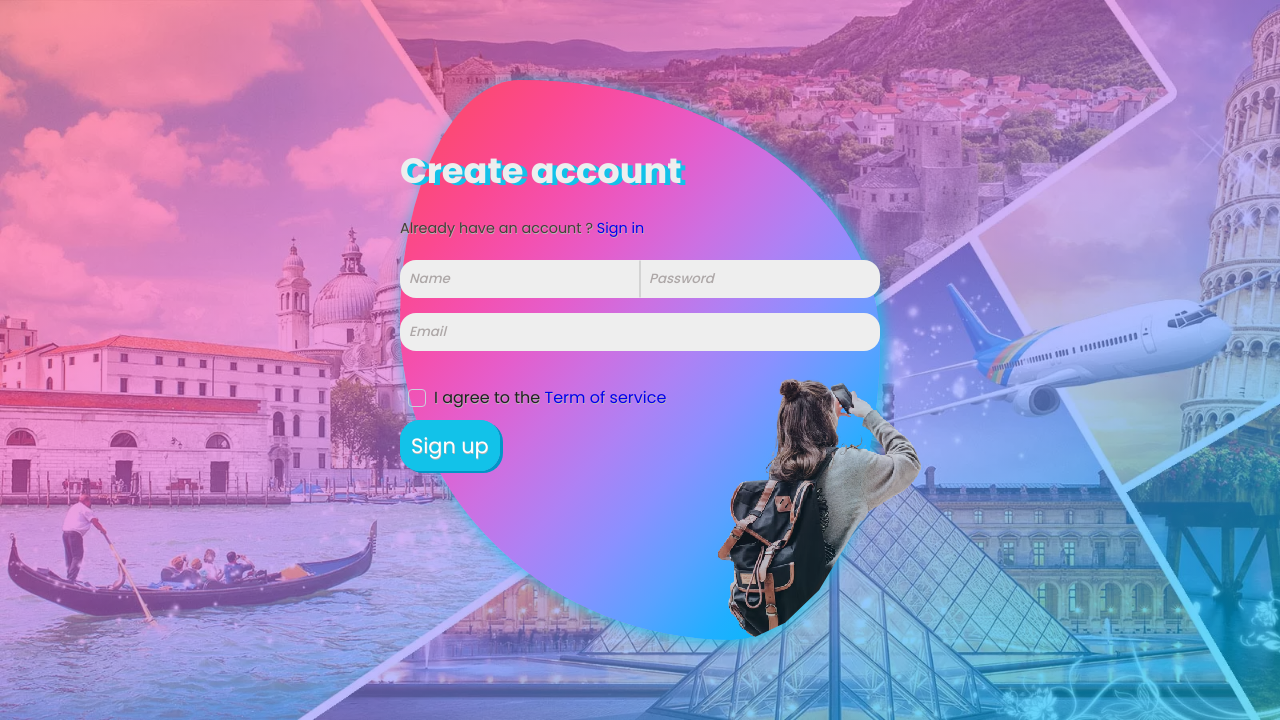
Repository: Yuukicoder/Techfest1
Page: signup.html
These files come from the project's save history. The page is drawn as it stood at one moment and after the next save; the edit follows.
The browser window is 1280 px wide. The pictures show the whole page.
Some web fonts or font styles are not loaded; a fallback is used.

Above is the page before, as saved 2022-11-05 21:51:57.

### signup.html
<!DOCTYPE html>
<html lang="en">
  <head>
    <meta charset="UTF-8" />
    <meta http-equiv="X-UA-Compatible" content="IE=edge" />
    <meta name="viewport" content="width=device-width, initial-scale=1.0" />
    <link rel="stylesheet" href="signup.css" />
    <title>Signup</title>
  </head>
  <body>
    <div id="scroll-progress"></div>
    <div class="box">
      <div class="signup">
        <!-- ======================================HEADING=============================================================== -->
        <div class="signup__heading">Create account</div>

        <!-- ======================================SIGNIN=============================================================== -->

        <p class="signup__already">
          Already have an account ? <a href="#" class="signup__link">Sign in</a>
        </p>
        <!-- =======================================NAME+PASSWORD============================================================== -->

        <form action="#" class="signup__form">
          <div class="form__group form__group--2">
            <input type="text" class="form__input" placeholder="Name" />
            <input type="text" class="form__input" placeholder="Password" />
          </div>
          <!-- =======================================EMAIL============================================================== -->

          <div class="form__group">
            <input type="text" class="form__input" placeholder="Email" />
          </div>
          <!-- ======================================SVG CHECKBOX=============================================================== -->

          <svg class="checkbox-symbol">
            <symbol id="check" viewbox="0 0 12 10">
              <polyline
                points="1.5 6 4.5 9 10.5 1"
                stroke-linecap="round"
                stroke-linejoin="round"
                stroke-width="2"
              ></polyline>
            </symbol>
          </svg>

          <div class="checkbox-container">
            <input class="checkbox-input" id="apples" type="checkbox" />
            <label class="checkbox" for="apples">
              <span>
                <svg width="12px" height="10px">
                  <use xlink:href="#check"></use>
                </svg>
              </span>
              <span>
                I agree to the
                <a href="#" class="signup__link">Term of service</a>
              </span>
            </label>
          </div>
          <!-- ======================================BUTTON SIGNUP=============================================================== -->

          <div class="form__group">
            <div class="button-border">
              <form action="index.html">
                <a href="index.html" class="button"><span> Sign up </span></a>
              </form>
            </div>
          </div>
        </form>
      </div>
      <!-- ===========================================IMAGE========================================================== -->

      <img src="Image/signup2.png" alt="anh1" />
      <!-- ===================================================================================================== -->
    </div>
    <script src="app.js"></script>
  </body>
</html>

### signup.css
@import url("https://fonts.googleapis.com/css2?family=Caveat:wght@400;600&family=Hurricane&family=Poppins:wght@100;200;300;400;500;600;700;800;900&family=Satisfy&display=swap");
* {
  margin: 0;
  box-sizing: border-box;
  /* border: 1px solid black; */
  font-family: "Poppins", sans-serif;
}
:root {
  --text-color: #463f3a;
  --link-color: #0000ee;
  --shadow-color: #12c2e9;
}
/* =================================BODY======================================================== */

body {
  background-image: linear-gradient(
      to left top,
      rgba(18, 194, 233, 0.6),
      rgba(0, 186, 247, 0.6),
      rgba(32, 175, 255, 0.6),
      rgba(91, 161, 255, 0.6),
      rgba(138, 144, 255, 0.6),
      rgba(174, 129, 244, 0.6),
      rgba(204, 112, 226, 0.6),
      rgba(229, 93, 203, 0.6),
      rgba(244, 80, 175, 0.6),
      rgba(251, 73, 145, 0.6),
      rgba(252, 73, 117, 0.6),
      rgba(246, 79, 89, 0.6)
    ),
    url("./Image/signup1.webp");
  object-position: center;
  object-fit: cover;
  background-size: cover;
  background-repeat: no-repeat;
  width: 100vw;
  height: 100vh;
  display: flex;
  align-items: center;
  justify-content: center;
}
#scroll-progress {
  position: fixed;
  top: 0;
  width: 0%;
  height: 4px;
  background: #7983ff;
  z-index: 10000;
}
body::-webkit-scrollbar {
  display: none;
}
/* =================================IMAGE======================================================== */
img {
  image-rendering: pixelated;
  height: 65%;
  /* transform: translate(300px,199px); */
  transform: translate(184px, 99px);
  opacity: 0.9;
  clip-path: polygon(
    100% 0,
    100% 61%,
    65% 67%,
    48% 86%,
    34% 95%,
    18% 100%,
    0 100%,
    0 0,
    47% 0,
    80% 0
  );
}
/* ==================================BOX======================================================= */

.box {
  background-image: linear-gradient(
    to left top,
    #12c2e9,
    #00baf7,
    #20afff,
    #5ba1ff,
    #8a90ff,
    #ae81f4,
    #cc70e2,
    #e55dcb,
    #f450af,
    #fb4991,
    #fc4975,
    #f64f59
  );
  border-radius: 25% 75% 31% 69% / 43% 47% 53% 57%;
  height: 35rem;
  width: 30rem;
  box-shadow: 3px 2px 1rem var(--shadow-color);
  display: flex;
  align-items: center;
  justify-content: center;
  position: relative;
}
/* ===========================HEADING+SIGNUP+SIGNIN--LINK+CHECKBOX--LINK============================================================== */

.signup__heading {
  font-size: 2.2rem;
  font-weight: bold;
  margin-bottom: 1.3rem;
  color: #eee;
  cursor: context-menu;
  text-shadow: 5px 2px var(--shadow-color);
}
.signup {
  position: absolute;
  top: 0;
  padding-top: 4rem;
  cursor: context-menu;
  text-shadow: 0.5px 0.5px rgb(185, 183, 183);
}
.signup__already {
  margin-bottom: 1.3rem;
  color: var(--text-color);
  font-size: 0.9rem;
}
.signup__link {
  text-decoration: none;
  background-image: linear-gradient(var(--link-color), var(--link-color));
  background-size: 0% 0.1em;
  background-position-y: 100%;
  background-position-x: 100%;
  background-repeat: no-repeat;
  transition: background-size 0.2s ease-in-out;
}
.signup__link:hover,
.signup__link:focus,
.signup__link:active {
  background-size: 100% 0.1em;
  background-position-x: 0%;
}
/* ================================NAME+PASSWORD+EMAIL========================================================= */

.form__group {
  margin-bottom: 15px;
}
.form__group--2 {
  display: flex;
  justify-content: space-between;
}
.form__input {
  font-family: "Poppins", sans-serif;
  padding: 0.5rem;
  border-radius: 1rem;
  outline: none;
  font-weight: 500;
  background-color: #eee;
  border: 1px solid transparent;
  transition: 0.2s linear;
  width: 100%;
}
.form__group--2 > .form__input:first-child {
  border-right-color: #d3d3d3;
}
.form__group--2 > .form__input:last-child {
  border-left-color: #d3d3d3;
}

.form__input:focus {
  border: none;
  background-color: white;
}

.form__group--2 > .form__input:last-child {
  border-top-left-radius: 0;
  border-bottom-left-radius: 0;
}
.form__group--2 > .form__input:first-child {
  border-top-right-radius: 0;
  border-bottom-right-radius: 0;
}
.form__input::-webkit-input-placeholder {
  color: rgb(173, 167, 167);
  font-style: italic;
}
/* =====================================BUTTON==================================================== */

.button {
  background-color: transparent;
  border: none;
  font-size: 1.3rem;
  color: #ffffff;
  outline: none;
  padding: 10px;
  width: 200px;
  position: relative;
  border-radius: 20px;
  background-color: var(--shadow-color);
  transition: 0.5s;
  box-shadow: 3px 2px rgb(1, 150, 199);
  border: 1px solid var(--shadow-color);
}

.button:hover {
  background-color: #0077ff;
  border-right: 1px solid white;
}

.button span {
  cursor: pointer;
  display: inline-block;
  position: relative;
  transition: 0.5s;
}

.button span:after {
  content: "\00bb";
  position: absolute;
  opacity: 0;
  top: 0;
  right: -20px;
  transition: 0.5s;
}

.button:hover span {
  padding-right: 25px;
}

.button:hover span:after {
  opacity: 1;
  right: 0;
}
/* ===================================SVG CHECKBOX====================================================== */

.checkbox-symbol {
  position: absolute;
  width: 0;
  height: 0;
  pointer-events: none;
  user-select: none;
}

.checkbox-container {
  box-sizing: border-box;
  color: #222;
  height: 64px;
  display: flex;
  justify-content: center;
  align-items: center;
  flex-flow: row wrap;
}

.checkbox-container * {
  box-sizing: border-box;
}

.checkbox-input {
  position: absolute;
  visibility: hidden;
}

.checkbox {
  user-select: none;
  cursor: pointer;
  padding: 6px 8px;
  border-radius: 6px;
  overflow: hidden;
  transition: all 0.3s ease;
  display: flex;
  position: absolute;
  left: 0;
}

.checkbox:not(:last-child) {
  margin-right: 6px;
}

.checkbox:hover {
  background: rgba(0, 119, 255, 0.06);
}

.checkbox span {
  vertical-align: middle;
  transform: translate3d(0, 0, 0);
}

.checkbox span:first-child {
  position: relative;
  flex: 0 0 18px;
  width: 18px;
  height: 18px;
  border-radius: 4px;
  transform: scale(1);
  border: 1px solid #cccfdb;
  transition: all 0.3s ease;
}

.checkbox span:first-child svg {
  position: absolute;
  top: 3px;
  left: 2px;
  fill: none;
  stroke: #fff;
  stroke-dasharray: 16px;
  stroke-dashoffset: 16px;
  transition: all 0.3s ease;
  transform: translate3d(0, 0, 0);
}

.checkbox span:last-child {
  padding-left: 8px;
  line-height: 18px;
}

.checkbox:hover span:first-child {
  border-color: #0077ff;
}

.checkbox-input:checked + .checkbox span:first-child {
  background: #0077ff;
  border-color: #0077ff;
  animation: zoom-in-out 0.3s ease;
}

.checkbox-input:checked + .checkbox span:first-child svg {
  stroke-dashoffset: 0;
}

@keyframes zoom-in-out {
  50% {
    transform: scale(0.9);
  }
}
/* ========================================================================================= */
.left-to-right {
  transform: translateX(-150%);
}

.left-to-right.start {
  transition: 1.7s ease-in-out;
  transform: translateX(0);
}
.right-to-left {
  transform: translateX(150%);
}

.right-to-left.start {
  transition: 0.7s ease-in-out;
  transform: translateX(0);
}
.zoom {
  transform: scale(0);
}

.zoom.start {
  transition: 1.5s ease-in-out;
  transform: unset;
}

Loaded but not shown: app.js (no copy from this time; the picture is the same without it)

After the next save:
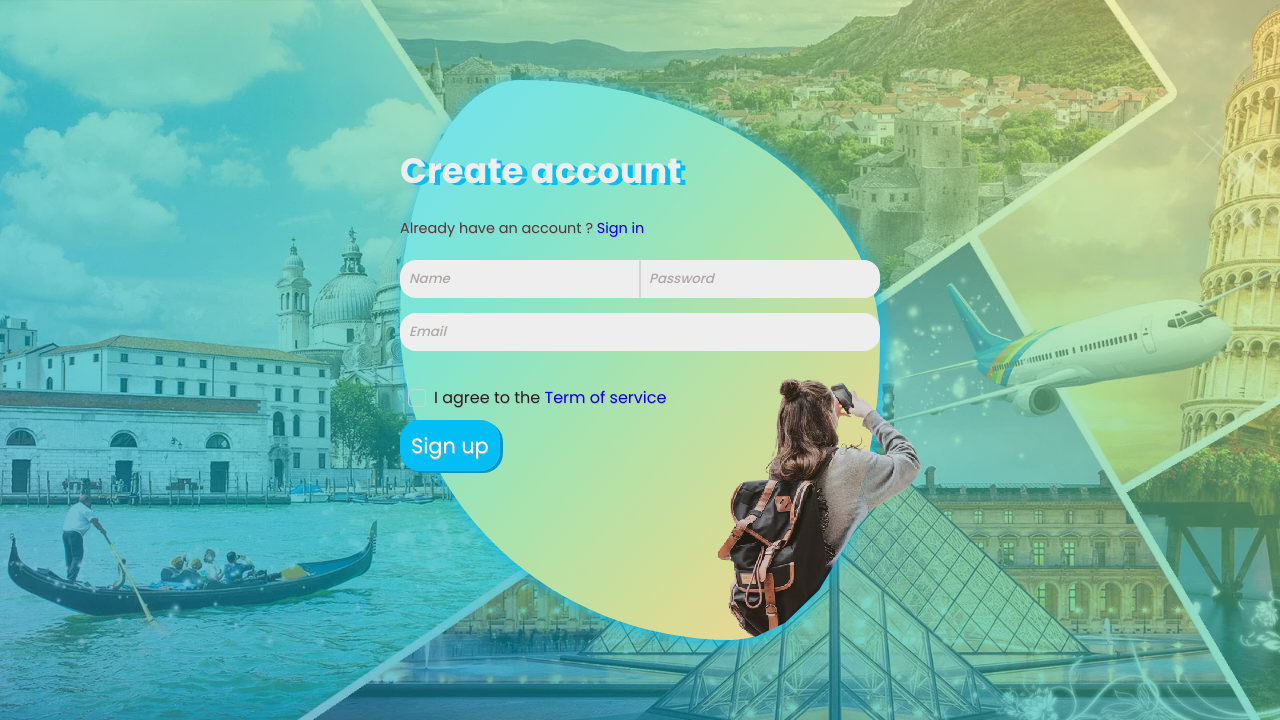
Saved 55 s later.
--- a/signup.css
+++ b/signup.css
@@ -8,25 +8,18 @@
 :root {
   --text-color: #463f3a;
   --link-color: #0000ee;
-  --shadow-color: #12c2e9;
+  --shadow-color: rgb(3, 189, 245);
 }
 /* =================================BODY======================================================== */
 
 body {
   background-image: linear-gradient(
-      to left top,
-      rgba(18, 194, 233, 0.6),
-      rgba(0, 186, 247, 0.6),
-      rgba(32, 175, 255, 0.6),
-      rgba(91, 161, 255, 0.6),
-      rgba(138, 144, 255, 0.6),
-      rgba(174, 129, 244, 0.6),
-      rgba(204, 112, 226, 0.6),
-      rgba(229, 93, 203, 0.6),
-      rgba(244, 80, 175, 0.6),
-      rgba(251, 73, 145, 0.6),
-      rgba(252, 73, 117, 0.6),
-      rgba(246, 79, 89, 0.6)
+      to right top,
+      rgba(61, 126, 170, 0.6),
+      rgba(0, 162, 183, 0.6),
+      rgba(58, 193, 165, 0.6),
+      rgba(156, 216, 134, 0.6),
+      rgba(255, 228, 122, 0.6)
     ),
     url("./Image/signup1.webp");
   object-position: center;
@@ -74,19 +67,12 @@ img {
 
 .box {
   background-image: linear-gradient(
-    to left top,
-    #12c2e9,
-    #00baf7,
-    #20afff,
-    #5ba1ff,
-    #8a90ff,
-    #ae81f4,
-    #cc70e2,
-    #e55dcb,
-    #f450af,
-    #fb4991,
-    #fc4975,
-    #f64f59
+    to right bottom,
+    #70e1f5,
+    #7ee5d3,
+    #a7e3af,
+    #d5dc96,
+    #ffd194
   );
   border-radius: 25% 75% 31% 69% / 43% 47% 53% 57%;
   height: 35rem;
